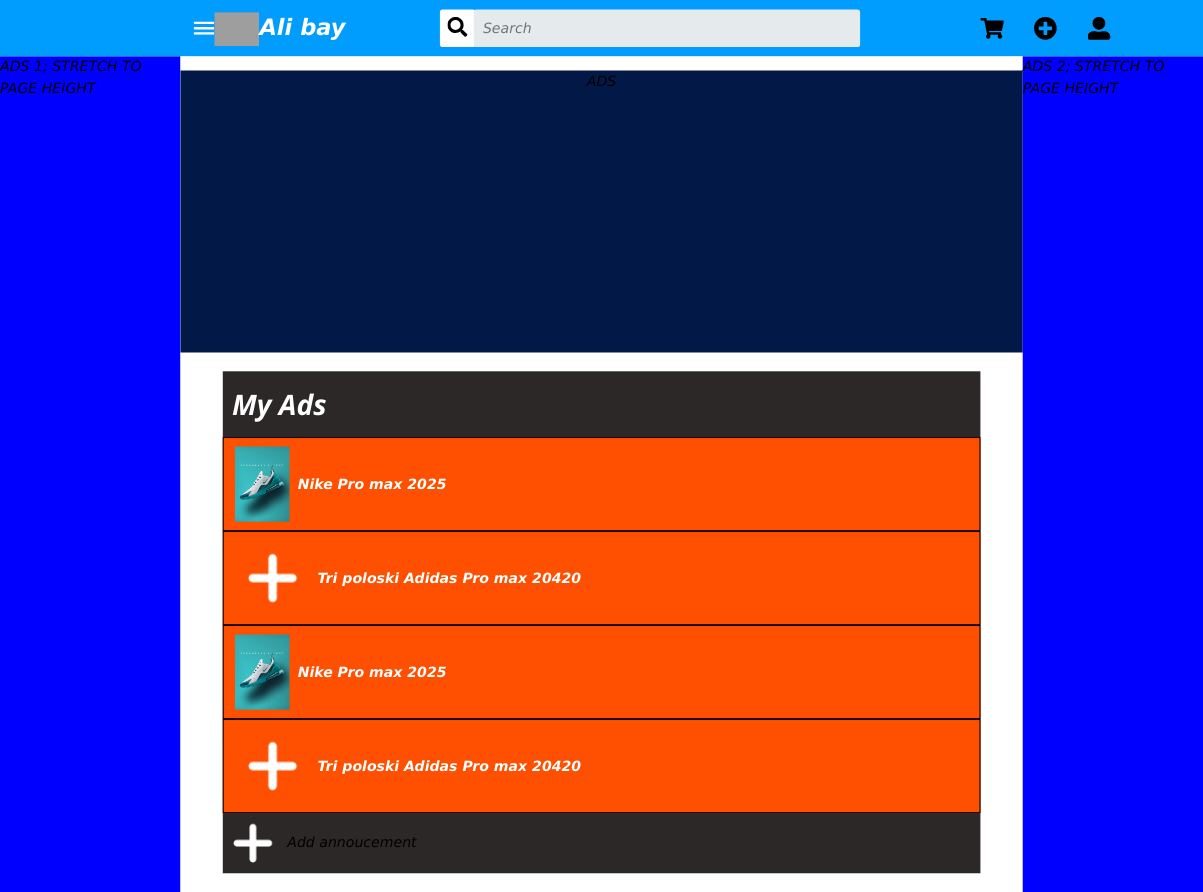
Repository: Aramys21/alibay-site
Page: public/ad_list.html
The author's editor kept a copy of each file at every save. The page is drawn from the files as they stood at one save, then again after a run of saves.
The browser window is 1280 px wide. The pictures show the whole page, at 94% of full size.
Pictures or frames that could not be fetched are drawn as grey boxes.

Above is the page before, as saved 2023-04-05 00:41:56.

### public/ad_list.html
<!DOCTYPE html>
<html>
  <head>
	<link rel="stylesheet" href="src/css/w3.css">
	<link rel="stylesheet" href="src/css/style.css">
	<link rel="stylesheet" href="src/css/style4.css">
    <title>Ads List Page</title>
  </head>
  <body>
	<div class="w3-sidebar w3-bar-block w3-card w3-animate-left side-bar" style="display:none" id="mySidebar">
		<!-- Side bar Menu -->
		<div class="sidebar-language">
			<button class="w3-bar-item w3-button w3-xlarge sidebar">ENG</button>
			<button class="w3-bar-item w3-button w3-xlarge sidebar">FR</button>
			<button class="w3-bar-item w3-button w3-xlarge sidebar">عربي</button>
		</div>
		<!-- contents of side bar -->
		<a class="w3-bar-item sidebar-title">Compte</a>
		<a href="login.html" class="w3-bar-item sidebar-link"><img class="search-icon" src="src/icons/account-white-icon.svg" style="height:12px;"> Login</a>
		<a href="register.html" class="w3-bar-item sidebar-link"><img class="search-icon" src="src/icons/account-add-icon.svg" style="height:12px;"> Register</a>
		<!-- separator -->
		<a class="w3-bar-item sidebar-title">Categories</a>
		<a href="#" class="w3-bar-item sidebar-link"><img class="search-icon" src="src/icons/perfume-icon.svg" style="height:18px;"> Cosmetique et beauté</a>
		<a href="#" class="w3-bar-item sidebar-link"><img class="search-icon" src="src/icons/watch-icon.svg" style="height:18px;"> Accessoire de mode</a>
		<a href="#" class="w3-bar-item sidebar-link"><img class="search-icon" src="src/icons/car-icon.svg" style="height:18px;"> Véhicules</a>
		<a href="#" class="w3-bar-item sidebar-link"><img class="search-icon" src="src/icons/battery-icon.svg" style="height:18px;"> piéces détachées</a>
		<a href="#" class="w3-bar-item sidebar-link"><img class="search-icon" src="src/icons/android-icon.svg" style="height:18px;"> Téléphones</a>
		<a href="#" class="w3-bar-item sidebar-link"><img class="search-icon" src="src/icons/headphones-icon.svg" style="height:18px;"> Accessoires de téléphones</a>
		<a href="#" class="w3-bar-item sidebar-link"><img class="search-icon" src="src/icons/appliance-icon.svg" style="height:18px;"> Electronique et electroménager</a>
		<a href="vetements.html" class="w3-bar-item sidebar-link"><img class="search-icon" src="src/icons/clothes-icon.svg" style="height:18px;"> Vétements</a>
	</div>

   <div id="navbar" class="navbar">
		<a href="#" id="openNav" class="w3-large navbar-first" onclick="menu_click()"><svg width="22" height="14" viewBox="0 0 22 14" fill="none" xmlns="http://www.w3.org/2000/svg">
			<path d="M0.785714 2.57143H21.2143C21.6482 2.57143 22 2.31561 22 2V0.571429C22 0.255821 21.6482 0 21.2143 0H0.785714C0.351754 0 0 0.255821 0 0.571429V2C0 2.31561 0.351754 2.57143 0.785714 2.57143ZM0.785714 8.28571H21.2143C21.6482 8.28571 22 8.02989 22 7.71429V6.28571C22 5.97011 21.6482 5.71429 21.2143 5.71429H0.785714C0.351754 5.71429 0 5.97011 0 6.28571V7.71429C0 8.02989 0.351754 8.28571 0.785714 8.28571ZM0.785714 14H21.2143C21.6482 14 22 13.7442 22 13.4286V12C22 11.6844 21.6482 11.4286 21.2143 11.4286H0.785714C0.351754 11.4286 0 11.6844 0 12V13.4286C0 13.7442 0.351754 14 0.785714 14Z" fill="white"/>
			</svg>
			</a>
		<div class="navbar__logo"><a href="home.html"><img src="src/images/logo-ab.png" style="width:8%;height:auto;"/>Ali bay</a></div>
		<div class="navbar__search">
		<a class="search-icon-link" href="#"><img class="search-icon" src="src/icons/search-icon.svg" style="width:22px;"></a>
		<input type="text" placeholder="Search" class="navbar__search__input"/>
		</div>
		<div class="navbar__links">


			<div class="dropdown">
				<a href="#" class="dropbtn"><img class="nav-icons" src="src/icons/cart-icon.svg"></a>
				<div id="dropdown-cart" class="dropdown-content">
					<p>My Cart</p>
					<a href="#"><img class="search-icon" src="src/icons/clothes-icon.svg"> Link 1</a>
					<a href="#"><img class="search-icon" src="src/icons/watch-icon.svg"> Link 2</a>
					<a href="#"><img class="search-icon" src="src/icons/appliance-icon.svg"> Link 3</a>
				</div>
			</div>

			<div class="dropdown">
				<a href="ad_list.html" class="dropbtn"><img class="nav-icons" src="src/icons/add-icon.svg"></a>
			</div>

			<div class="dropdown">
				<a href="#" class="dropbtn"><img class="nav-icons" src="src/icons/account-icon.svg"></a>
				<div id="dropdown-acc" class="dropdown-content">
					<p>My Account</p>
					<div class="dropdown-acc-info-container">
						<div class="dropdown-acc-icon"><img id="dropdown-account-icon" src="src/icons/account-icon.svg"></div>
						<a id="dropdown-acc-username">WexDex</a>
					</div>

					<a href="#">Disconnect</a>
				</div>
			</div>

      </div>
    </div>
	<script>
		function menu_click() {
		  if (document.getElementById("mySidebar").style.display === "none") {
			  document.getElementById("mySidebar").style.left = "0";
			  document.getElementById("mySidebar").style.width = "15%";
			  document.getElementById("mySidebar").style.display = "block";
		  }
		  else {
			  document.getElementById("mySidebar").style.display = "none";
		  }
		}
		function w3_close() {
			  document.getElementById("mySidebar").style.display = "none";
		}
	</script>

	<!-- Body Start -->
	<div id="container" style="display:flex;">
	<div class="left">ADS 1; STRETCH TO PAGE HEIGHT</div>
	<div class="main">
		<!-- ADS -->
		<div class="ad-box">
			<p>ADS</p>
		</div>
		<!-- main content -->

		<div class="list-container">
			<div class="list-label"><h2>My Ads</h2></div>
			<!-- Item list -->

			<!-- Single item start -->
			<div class="list-item">
				<a><img src="src/images/ades (1).png"></a>
				<a>Nike Pro max 2025</a>
			</div>
			<!-- single item end -->

			<!-- Single item start -->
			<div class="list-item">
				<a><img src="src/images/ades (2).png"></a>
				<a>Tri poloski Adidas Pro max 20420</a>
			</div>
			<!-- single item end -->

			<!-- Single item start -->
			<div class="list-item">
				<a><img src="src/images/ades (1).png"></a>
				<a>Nike Pro max 2025</a>
			</div>
			<!-- single item end -->

			<!-- Single item start -->
			<div class="list-item">
				<a><img src="src/images/ades (2).png"></a>
				<a>Tri poloski Adidas Pro max 20420</a>
			</div>
			<!-- single item end -->
			<a href="#" style="color:green">
				<a href="#"><img src="src/images/ades (2).png"></a>
				<a href="#" style="text-decoration: none;">Add annoucement</a>
			</a>
		</div>


	</div>
		<div class="right">ADS 2; STRETCH TO PAGE HEIGHT</div>
	</div>

	<a href="#" class="back-to-top"></a>
	<script>
		const backToTopButton = document.querySelector('.back-to-top');

		window.addEventListener('scroll', () => {
		  if (window.scrollY > 200) {
			backToTopButton.classList.add('show');
		  } else {
			backToTopButton.classList.remove('show');
		  }
		});

		backToTopButton.addEventListener('click', () => {
		  window.scrollTo({ top: 0, behavior: 'smooth' });
		});

	</script>
  </body>
</html>

### public/src/css/style.css
html,
body {

  font-style: italic;
}

/* Style for the navbar */
  .navbar {
	display: flex;
	justify-content: space-between;
	align-items: center;
	background-color: #009dff;
	color: #fff;
	padding: 10px;
	height: 60px;
  }
  .navbar__logo a {
	font-size: 24px;
	font-weight: bold;
	display: inline;
	color: #fff;
	text-decoration: none;

  }
  .navbar__logo img {
	  width:20% !important;
  }
  .navbar-first {
	  margin-left: 15%;
  }
  .navbar__logo {
	  display: inline;
	  width: 30%;
  }
  .navbar__search {
	  display: flex;
	  width:70%;
  }

  .navbar__search__input {
	/* margin: 0 20px; */
	margin-left: -2px;
	height: 40px;
	border-radius: 3px;
	border: none;
	padding: 0 10px;
	z-index: 1;
  }

  input[type="text"].navbar__search__input {
	margin-right: 20%;
	width: 100% !important;
	background-color: #e5eaed;
  }
  .search-icon-link {
	padding-top: 7px;
	background-color: #ffffff;
	border-radius: 3px;
	border: none;
	padding-left: 8px;
	padding-right: 8px;
  }

  .navbar__links {
	display: flex;
	margin-right: 5%;
  }
  .navbar__links a {
	color: #000;
	text-decoration: none;
	margin-right: 30px;
	font-size: 20px;
	margin-right: 50px;
  }
  .navbar__links a:last-child {
	margin-right: 0;
  }


  .nav-icons {
	  fill: black;
	  color: black;
  }

.side-bar {
	transition: 0.5s;
	background-color: #009dff;
	color: #fff;
}

#navbar {
  transition: margin-left .5s;
  padding: 20px;
}

@media screen and (max-height: 450px) {
  .navbar {padding-top: 15px;}
  .navbar a {font-size: 18px;}
}

/* Drop down */

.dropdown {
  float: left;
  overflow: hidden;
}

.dropdown .dropbtn {
  font-size: 16px;
  border: none;
  outline: none;
  color: white;
  padding: 14px 16px;
  background-color: inherit;
  font-family: inherit;
  margin: 0;
}

.navbar a:hover, .dropdown:hover .dropbtn {

}

.dropdown-content {
  display: none;
  position: absolute;
  background-color: #f9f9f9;
  box-shadow: 0px 8px 16px 0px rgba(0,0,0,0.2);
  z-index: 1;
  right : 10px;
}
#dropdown-cart {
	min-width: 400px;
}
#dropdown-acc {
	min-width: 250px;
}

.dropdown-acc-info-container {
	display: flex;
	align-items: center;
	background-color: #2D2828;
}
.dropdown-acc-info-container a {
	color: white;
	font-size: 20px;

}

.dropdown-acc-icon {
  display: flex;
  justify-content: center;
  align-items: center;
  width: 70px;
  height: 70px !important;
  border-radius: 50%;
  background-color: #FE5000;
  margin-bottom: 5px;
  color: white;
  margin: 5px;
}

.dropdown-acc-icon img {
	fill: #fff;
	color: #fff;
}

.dropdown-content a:not([id="dropdown-acc-username"]),.dropdown-content p,.dropdown-content img {
  float: none;
  color: #fff;
  padding: 6px 10px;
  text-decoration: none;
  display: flex;
  text-align: left;
  margin-right: 0;
  background-color: #FE5000;
}
.dropdown-content img {
	background-color: transparent;
}
.dropdown-content a {
	display: flex;
}

.dropdown-content p {
	background-color: #2D2828;
	margin-bottom: 0;
	margin-top: 0;
	font-size: 20px;
	color: #fff;
}
#dropdown-acc p {
	background-color: #000;
}

.dropdown-content a:hover:not([id="dropdown-acc-username"]),.dropdown-content img:hover {
  background-color: #942B0A;
}
#dropdown-account-icon:hover {
	background-color: transparent;
}

.dropdown:hover .dropdown-content {
  display: block;
}

/* Sidebar */

.sidebar-language button {
	width: 34%;
	font-size: 20px;
}
.sidebar-language {
	display: flex;
	background-color: #0077ff;
	color: #fff;
}
a.sidebar-title, a.sidebar-link {
	text-decoration: none;
}
a.sidebar-link {
	margin-left: 5%;
}
a.sidebar-link:hover {
	background-color: #942B0A;
}


/* Body Structure */
.container {
  justify-content: center;
  align-items: center;
}
.left,
.right {
  display:flex;
  /* height: 100%; */
  width: 15%;
}
.left {
  background-color: blue;
}

.right {
  background-color: blue;
}

.main {
  height: 100%;
  background-color: white;
  width: 70%;
}


/* Content */
.ad-box {
	height:300px;
	background-color: #021947;
	text-align: center;
	align-items: middle;
	margin: auto;
	width:100%;

}

.ad-box img {
	color: #000;
	font-size: 40px;
	margin: auto;
  background-size: cover;
  width: 100%;
  height: 100%;

}
.right img{
  width: 100%;
  height: 100%;

}

/* Categories */

.category-links {
	display: flex;
	justify-content: space-between;
	align-items: center;
  justify-content: center;
	background-color: #2D2828;
	height: 250px;
  padding-top: 10px;
	/* padding-left: 5%;
	padding-right: 5%; */
	flex-wrap: wrap;
	width:auto;
	/* margin-left: 15%; */
	/* margin-right: auto; */
}

.category-link {
  display: flex;
  flex-direction: column;
  justify-content: center;
  align-items: center;
  text-align: center;
  width: 100px;
  height: 120px;
  text-decoration: none;
  font-weight: bold;
  font-size: 1.2em;
  margin-right: 10px;
}

.category-icon {
  display: flex;
  justify-content: center;
  align-items: center;
  width: 70px;
  height: 70px !important;
  border-radius: 50%;
  background-color: #009dff;
  margin-bottom: 5px;
  color: white;
}
.category-icon.active-category {
  background-color: #8CBE39;
}

.category-icon img {
	fill: #fff;
	color: #fff;
}
.icn{
color: #fff;
fill: #fff;
height: 75% ;
}
.category-text {
  display: flex;
  text-overflow: ellipsis;
  overflow: hidden;
  word-wrap: break-word;
  color: white;
  font-size: 1rem;
  height: 50px;
}
/* Filter Bar */
.filter-container {
	/* width: 80%; */
	margin: auto;
	margin-top: 20px;
	display: flex;
	justify-content: center;
}
.filter-bar {
	display: flex;
	width: 40%;
	margin-right: 10%;
}
.filter-bar input {
	width: 100%;
	background-color: #009dff;
	border: none;
	color: white;
	border-top-left-radius: 5px;
	border-bottom-left-radius: 5px;
}

.filter-search-icon-link {
	padding: 8px;
	background-color: #08024f;
	border-top-right-radius: 3px;
	border-bottom-right-radius: 3px;
	border: none;
  }
/* Filter Dropdown */
.filter-dropdown {
  position: relative;
  display: inline-block;
}

.filter-btn {
  background-color: #009dff;
  color: white;
  padding: 10px;
  border: none;
  cursor: pointer;
  border-radius: 15px;
  font-size: 18px;
}

.filter-content {
  display: none;
  position: absolute;
  background-color: #009dff;
  min-width: 200px;
  z-index: 1;
  padding: 10px;
  box-shadow: 0px 8px 16px 0px rgba(0,0,0,0.2);
  border: black solid 1px;
}
.filter-content select,.filter-content input {
	background-color: #2D2828;
	color: white;
}

.filter-content form {
  margin: 0;
}

.filter-content label {
  display: block;
  font-weight: bold;
  margin-bottom: 5px;
}

.filter-content select, .filter-content input {
  display: block;
  margin-bottom: 10px;
  width: 100%;
  padding: 5px;
  border: 1px solid #ccc;
  border-radius: 4px;
  box-sizing: border-box;
}

.filter-content button[type=submit] {
  background-color: #4CAF50;
  color: white;
  border: none;
  padding: 10px;
  cursor: pointer;
}

.filter-dropdown:hover .filter-content {
  display: block;
}


/* Products List */
.product-list {
	display: flex;
	flex-wrap: wrap;
	justify-content: space-between;
	padding-left: 10%;
	padding-right: 10%;
	padding-top: 5%;
	width:100%;
}

.product-card {
  width: calc((100% / 3) - 20px);
  margin-bottom: 20px;
  box-shadow: 0 0 5px rgba(0, 0, 0, 0.2);
  border-radius: 5px;
  overflow: hidden;
  background-color: #006afe;
}

.product-card-img {
  display: block;
  width: 100%;
  height: 350px;
}

.product-card h2 {
  font-size: 1.2em;
  margin: 10px;
}

.product-card p {
  font-size: 0.9em;
  margin: 10px;
  color: #555;
}

.product-icons {
	display: flex;
	align-items: center;
	width: 50%;
}

.product-card a.card-icon-links {
  margin-left: 20px;
  padding: 20px 0px;
  border: none;
  color: white;
  font-weight: bold;
  border-radius: 5px;
  cursor: pointer;
}

.card-icons img {
	width: 33%;
	height: 33%;
}

/* Back to Top button */
.back-to-top {
  display: none;
  position: fixed;
  bottom: 20px;
  right: 20px;
  width: 50px;
  height: 50px;
  background-color: #007bff;
  color: white;
  border-radius: 50%;
  text-align: center;
  line-height: 50px;
  font-size: 24px;
  cursor: pointer;
  z-index: 9999;
  transition: opacity 0.4s ease-in-out;
  text-decoration: none;
}

.back-to-top:before {
  content: "\2191";
  font-family: Arial, sans-serif;
  font-weight: bold;
}

.back-to-top:hover {
  opacity: 0.8;
}

.back-to-top.active {
  display: block;
}


.back-to-top.show {
  display: block;
  opacity: 1;
}

### public/src/css/style4.css
.list-container {
	width: 90%;
	background-color: #2D2828;
	margin: auto;
	margin-top: 20px;
	margin-bottom: 20px;
}

.list-label {
	min-height: 70px;
	max-height: 70px;
	display: flex;
    align-items: center;
}

.list-item {
	min-height: 100px;
	max-height: 100px;
	display: flex;
    align-items: center;
	background-color: #FE5000;

	border: black solid 1px;
}

.list-item img {
	height: 80px;
	margin-left: 3%;
}

.list-container h2 {
	color: white;
	font-weight: bold;
	margin-left: 10px;
}

.list-item a {
	color: white;
	font-size: 30;
	font-weight: bold;
	margin-left: 10px;
}

Loaded but not shown: public/src/css/w3.css (library)

After the next 2 saves:
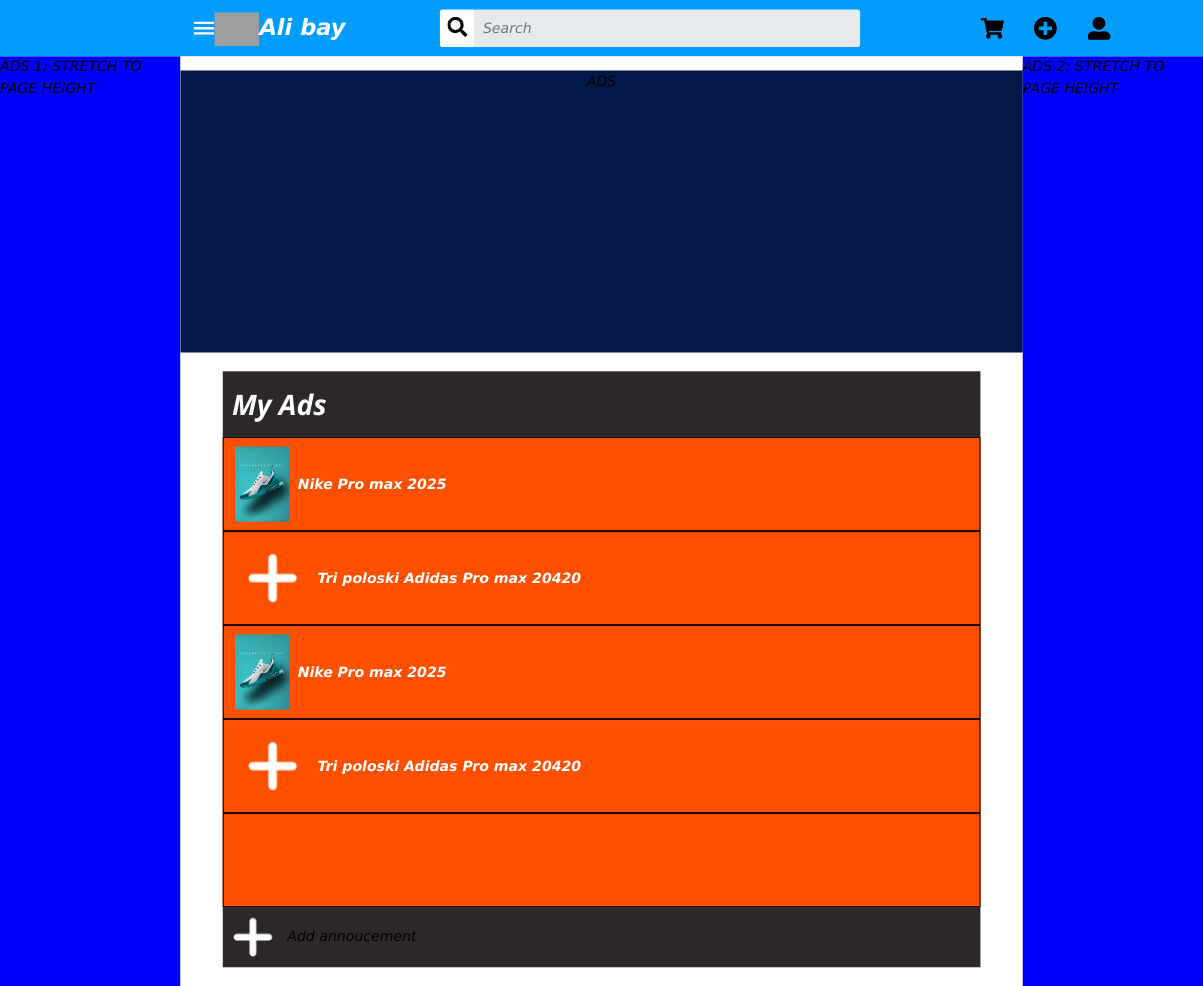
The 2 saves are shown as one change because they came seconds apart.
The last was saved 7 s later.
--- a/public/ad_list.html
+++ b/public/ad_list.html
@@ -129,7 +129,7 @@
 				<a>Tri poloski Adidas Pro max 20420</a>
 			</div>
 			<!-- single item end -->
-			<a href="#" style="color:green">
+			<a class="list-item" href="#" style="color:green">
 				<a href="#"><img src="src/images/ades (2).png"></a>
 				<a href="#" style="text-decoration: none;">Add annoucement</a>
 			</a>
